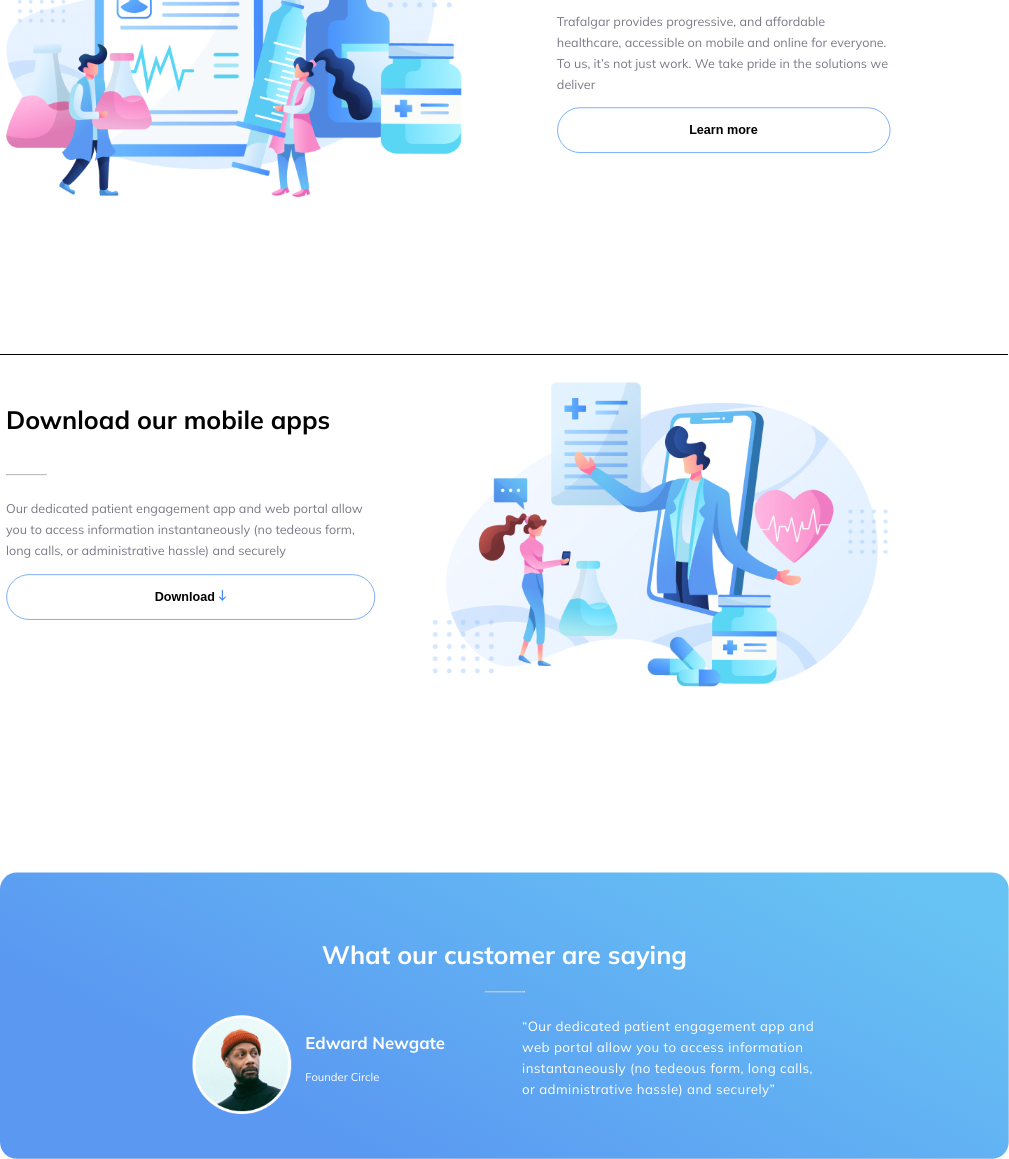
Repository: ivan-developer-01/trafalgar-layout
Page: index.html
The author's editor kept a copy of each file at every save. The page is drawn from the files as they stood at one save, then again after the next save.
The browser window is 1280 px wide. The page is 1441 px wide, then 1280 px, so the pictures cover 1441 px, including what lies to the right of the window. The pictures show the part of the page from y = 2399 to 4079 px (the page is 4054 px tall before and 4079 px after), at 70% of full size.

Above is the page before, as saved 2024-11-08 16:02:39.

### index.html
<!DOCTYPE html>
<html lang="en">
<head>
	<meta charset="UTF-8">
	<meta http-equiv="X-UA-Compatible" content="IE=edge">
	<meta name="viewport" content="width=device-width, initial-scale=1.0">
	<title>Trafalgar Services</title>
	<link rel="preconnect" href="https://fonts.googleapis.com">
	<link rel="preconnect" href="https://fonts.gstatic.com" crossorigin>
	<link href="https://fonts.googleapis.com/css2?family=Mulish:ital,wght@0,200;0,300;0,400;0,500;0,600;0,700;0,800;0,900;1,200;1,300;1,400;1,500;1,600;1,700;1,800;1,900&display=swap" rel="stylesheet">
	<link rel="stylesheet" href="style.css">
</head>
<body>
	<header class="header">
		<div class="container">
			<!-- left part -->
			<div>
				<div class="logo">
					<img src="images/logo.png" alt="Trafalgar Logo">
				</div>
			</div>

			<!-- right part -->
			<div>
				<nav>
					<a href="#" class="nav__link nav__link-main">Home</a>
					<a href="#" class="nav__link">Find a doctor</a>
					<a href="#" class="nav__link">Apps</a>
					<a href="#" class="nav__link">Testimonials</a>
					<a href="#" class="nav__link">About us</a>
				</nav>
			</div>
		</div>
	</header>

	<main>
		<section class="main-info">
			<div class="container">
				<!-- left part -->
				<div>
					<h1>Virtual healthcare for you</h1>

					<p>Trafalgar provides progressive, and affordable healthcare, accessible on mobile and online for everyone</p>

					<button class="button round-button bg-blue">Consult today</button>
				</div>

				<!-- right part -->
				<div>
					<img src="images/hero.png" alt="Trafalgar hero image">
				</div>
			</div>

			<div class="overlay"></div>
		</section>

		<section class="our-services">
			<div class="container">
				<h2>Our services</h2>
				<hr>

				<p>We provide to you the best choiches for you. Adjust it to your health needs and make sure your undergo treatment with our highly qualified doctors you can consult with us which type of service is suitable for your health</p>

				<div class="cards">
					<div class="card">
						<img src="images/our-services/cards/search-doctor.svg" alt="Search doctor">
						<h3>Search doctor</h3>
						<p>Choose your doctor from thousands of specialist, general, and trusted hospitals</p>
					</div>
					<div class="card">
						<img src="images/our-services/cards/online-pharmacy.svg" alt="Online pharmacy">
						<h3>Online pharmacy</h3>
						<p>Buy  your medicines with our mobile application with a simple delivery system</p>
					</div>
					<div class="card">
						<img src="images/our-services/cards/consultation.svg" alt="Consultation">
						<h3>Consultation</h3>
						<p>Free consultation with our trusted doctors and get the best recomendations</p>
					</div>
					<div class="card">
						<img src="images/our-services/cards/details-info.svg" alt="Details info">
						<h3>Details info</h3>
						<p>Free consultation with our trusted doctors and get the best recomendations</p>
					</div>
					<div class="card">
						<img src="images/our-services/cards/emergency-care.svg" alt="Emergency care">
						<h3>Emergency care</h3>
						<p>You can get 24/7 urgent care for yourself or your children and your
lovely family</p>
					</div>
					<div class="card">
						<img src="images/our-services/cards/tracking.svg" alt="Tracking">
						<h3>Tracking</h3>
						<p>Track and save your medical history and health data</p>
					</div>
				</div>

				<button class="button round-button">Learn more</button>
			</div>

			<div class="overlay"></div>
			<div class="top-overlay"></div>
		</section>

		<section class="apps">
			<div class="container">
				<div class="flex-two-blocks">
					<!-- left part -->
					<div>
						<div class="image">
							<img src="images/apps/leading-healthcare-providers.png" alt="Leading healthcare providers">
						</div>
					</div>

					<!-- right part -->
					<div>
						<h2>Leading healthcare providers</h2>
						<hr>
						<p>
							Trafalgar provides progressive, and affordable healthcare, accessible on mobile and online for everyone. To us, it’s not just work. We take pride in the solutions we deliver
						</p>

						<button class="button round-button">Learn more</button>
					</div>
				</div>

				<div class="flex-two-blocks">
					<!-- left part -->
					<div>
						<h2>Download our mobile apps</h2>
						<hr>
						<p>
							Our dedicated patient engagement app and web portal allow you to access information instantaneously (no tedeous form, long calls, or administrative hassle) and securely
						</p>

						<button class="button round-button">Download
							<img src="images/arrow-download.svg" alt="Download icon">
						</button>
					</div>

					<!-- right part -->
					<div>
						<div class="image">
							<img src="images/apps/mobile-apps.png" alt="Mobile apps">
						</div>
					</div>
				</div>
			</div>
		</section>

		<section class="reviews">
			<div class="container">
				<h2>What our customer are saying</h2>
				<hr>
				<div class="review-slider">
					<div class="review">
						<div class="review-user">
							<img src="images/reviews/avatar-1.png" alt="Avatar" class="avatar">
							<div class="user-credentials">
								<h3>Edward Newgate</h3>
								<span>Founder Circle</span>
							</div>
						</div>

						<div class="review-text">
							<p>
								“Our dedicated patient engagement app and web portal allow you to access information instantaneously (no tedeous form, long calls, or administrative hassle) and securely”
							</p>
						</div>
					</div>
				</div>
			</div>
		</section>
	</main>
</body>
</html>

### style.css
html,
body {
	width: 100vw;
	margin: 0;
	padding: 0;
	font-family: 'Mulish', sans-serif;
}

.container {
	width: 100%;
	max-width: 1263px;
	margin: 0 auto;
}

section hr {
	width: 56px;
	margin-top: 26px;
	margin-bottom: 33px;
}

h1 {
	font-size: 48px;
}

h3 {
	font-size: 24px;
}

p {
	color: #7D7987;
	margin-top: 0;
}

.button {
	/* appearance: none; */
	border: 1px solid #458FF6;
	background: transparent;
	cursor: pointer;
	font-weight: 700;
	font-size: 18px;
	padding: 21px 41px;
}

.button.round-button {
	border-radius: 999px;
}

.bg-blue {
	background-color: #458FF6;
	color: #FFF;
}

/* header */
.header {
	padding-top: 56px;
}

.header .container {
	display: flex;
	justify-content: space-between;
	align-items: center;
}

.header nav {
	display: flex;
	gap: 40px;
	font-size: 18px;
}

.header nav a {
	text-decoration: none;
	color: #8f8a9a;
}

.header .nav__link-main {
	color: #1F1534;
}
/* /header */

/* main-info */
.main-info {
	position: relative;
}

.main-info .overlay {
	position: absolute;
	top: 0;
	left: 0;
	right: 0;
	bottom: 0;
	background-image: url(images/main-info-overlay.png);
	background-repeat: no-repeat;
	z-index: -1;
}

.main-info .container {
	display: flex;
	justify-content: space-between;
	align-items: center;
	gap: 109px;
}

.main-info p {
	font-size: 21px;
	line-height: 32px;
	margin-top: 25px;
	margin-bottom: 45px;
}
/* /main-info */

/* our-services */
.our-services {
	margin-top: 190px;
	position: relative;
}

.our-services .overlay,
.our-services .top-overlay {
	position: absolute;
	right: 0;
	bottom: 0;
	left: 0;
	background-repeat: no-repeat;
	z-index: -1;
	pointer-events: none;
}

.our-services .overlay {
	top: calc(20% - 44px);
	background-image: url(images/our-services/our-services-overlay.svg);
}

.our-services .top-overlay {
	top: 46%;
	left: 76%;
	background-image: url(images/our-services/our-services-top-overlay.svg);
}

.our-services .container {
	text-align: center;
}

.our-services p {
	max-width: 952px;
	margin: 0 auto;
}

.our-services .cards {
	display: grid;
	grid-template-columns: repeat(3, 1fr);
	gap: 34px;
	margin-top: 80px;
	position: relative;
	background: transparent;
}

.our-services .cards .card {
	box-shadow: 10px 40px 50px 0px #E5E9F666;
	/* top right bottom left */
	width: calc(350px - 52px - 36px);
	height: calc(354px - 58px - 47px);
	border-radius: 20px;
	padding: 58px 52px 47px 36px;
	text-align: left;
	background: #FFF;
	z-index: 1;
}

.our-services .cards .card p {
	font-size: 16px;
	line-height: 28px;
}

.our-services .cards .card h3 {
	margin-top: 36.25px;
}

.our-services .button {
	margin-top: 72px;
	color: #458FF6;
	border-width: 1.4px;
	min-width: 200px;
}
/* /our-services */

/* apps */
.apps {
	margin-top: 220px;
}

.apps .container {
	display: grid;
	gap: 265px;
}

.apps .flex-two-blocks {
	display: flex;
}

.apps .flex-two-blocks div {
	display: flex;
	flex-direction: column;
}

.apps .flex-two-blocks h2 {
	font-size: 36px;
}

.apps .flex-two-blocks hr {
	text-align: left;
	width: 56px;
	margin-left: 0;
	margin-right: 0;
}

.apps .flex-two-blocks p {
	font-size: 18px;
	line-height: 30px;
}

.apps .flex-two-blocks:first-child {
	gap: 137px;
}

.apps .flex-two-blocks:last-child {
	gap: 71px;
}
/* /apps */

/* reviews */
.reviews {
	margin-top: 266px;
}

.reviews .container {
	background: linear-gradient(208.18deg, #67C3F3 9.05%, #5A98F2 76.74%);
	color: white;
	text-align: center;
	padding: 64px 89px;
	border-radius: 24px;
}

.reviews hr {
	color: white;
}

.reviews h2 {
	font-size: 36px;
}


.review-slider .review {
	display: flex;
	justify-content: center;
	align-items: center;
	gap: 110px;
}

.review-slider .review .review-user {
	display: flex;
	justify-content: center;
	gap: 20px;
	text-align: left;
}

.review-slider .review .review-text {
	text-align: left;
	max-width: 420px;
}

.review-slider .review .review-text p {
	color: white;
	font-size: 19px;
	letter-spacing: 0.6px;
	line-height: 30px;
}
/* /reviews */

After the next save:
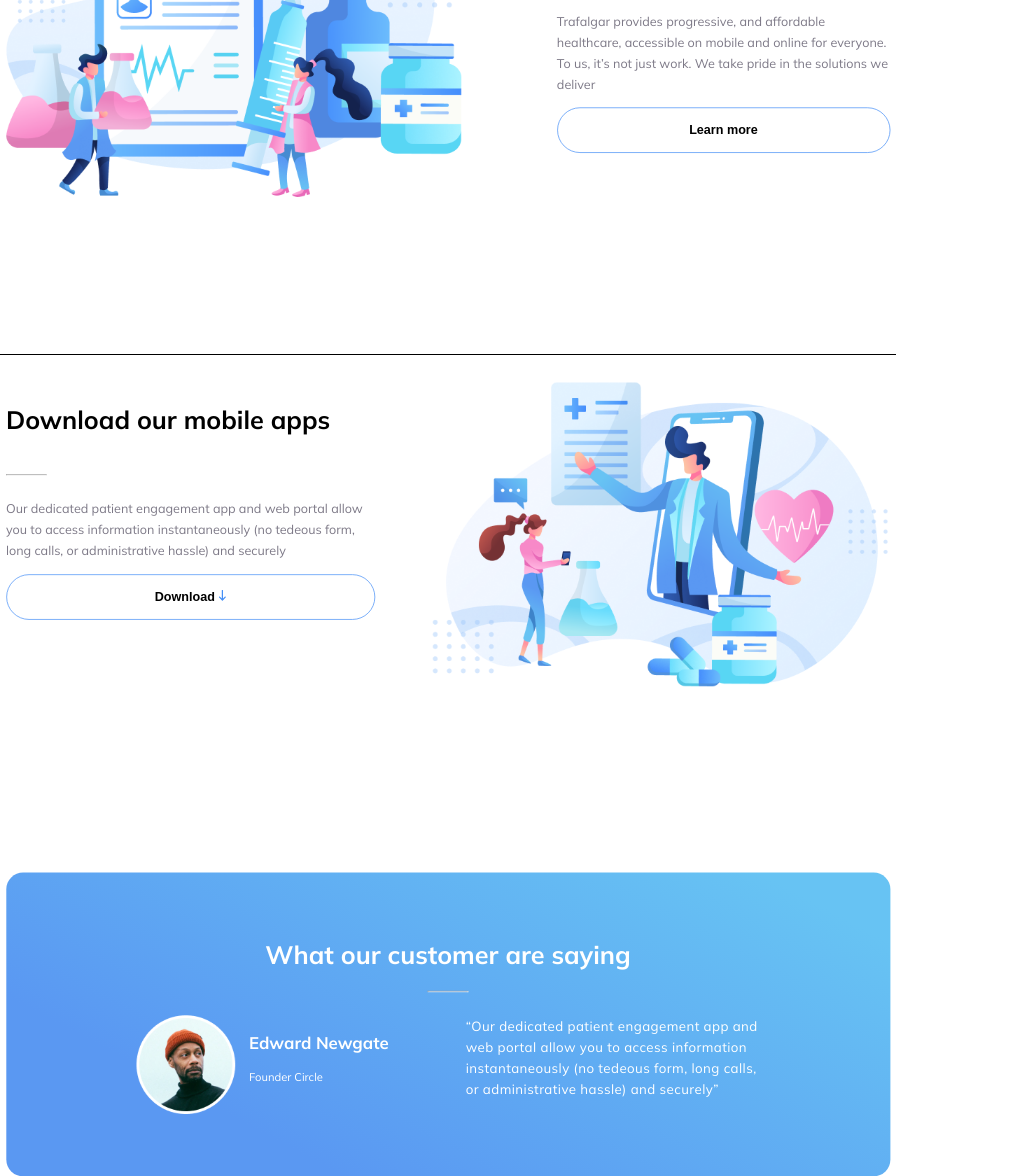
Saved 9 s later.
--- a/style.css
+++ b/style.css
@@ -236,7 +236,7 @@ p {
 	background: linear-gradient(208.18deg, #67C3F3 9.05%, #5A98F2 76.74%);
 	color: white;
 	text-align: center;
-	padding: 64px 89px;
+	padding: 64px 0 89px 0;
 	border-radius: 24px;
 }
 
